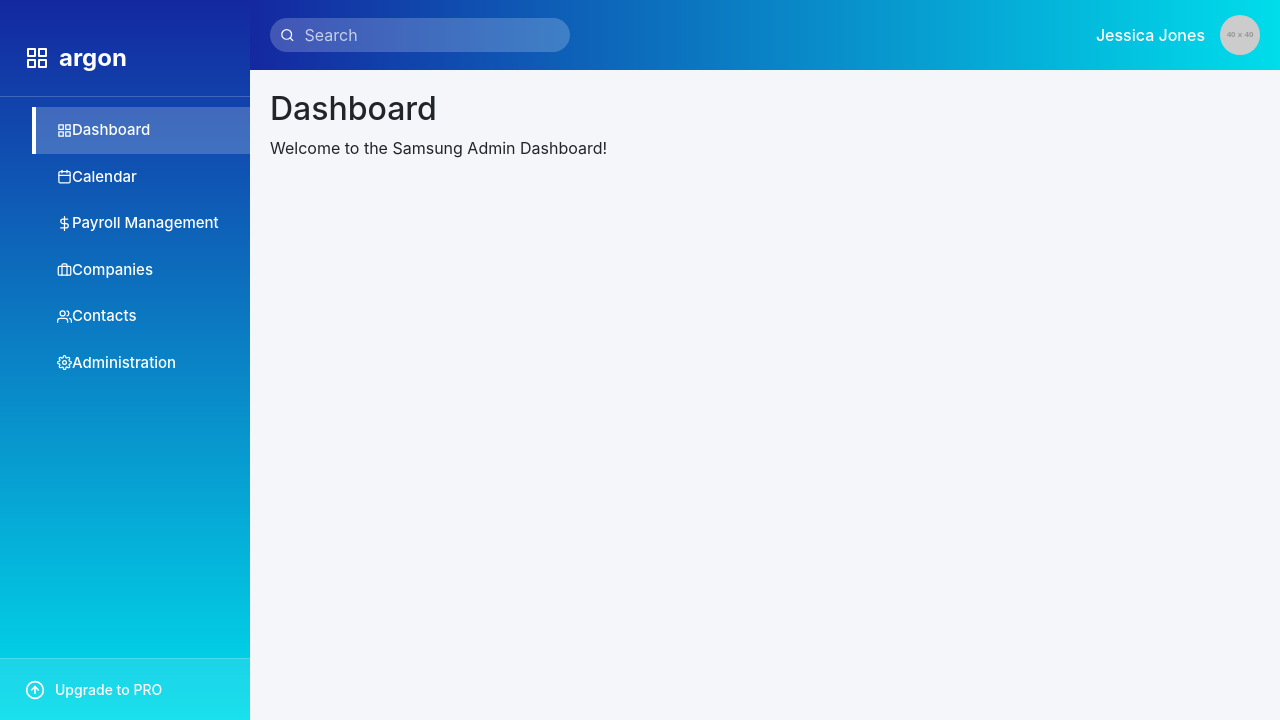
Repository: lenb2109136/HTTTQL
Page: /
An editor plug-in stored every save of this project. The page is shown before and after the next save, followed by the edit.
The browser window is 1280 px wide. The pictures show the whole page.
The project was rebuilt for these pictures with package versions that can differ from the ones it lists, and the page was loaded fresh each time.

Above is the page before, as saved 2025-03-28 12:19:19.

After the next save:
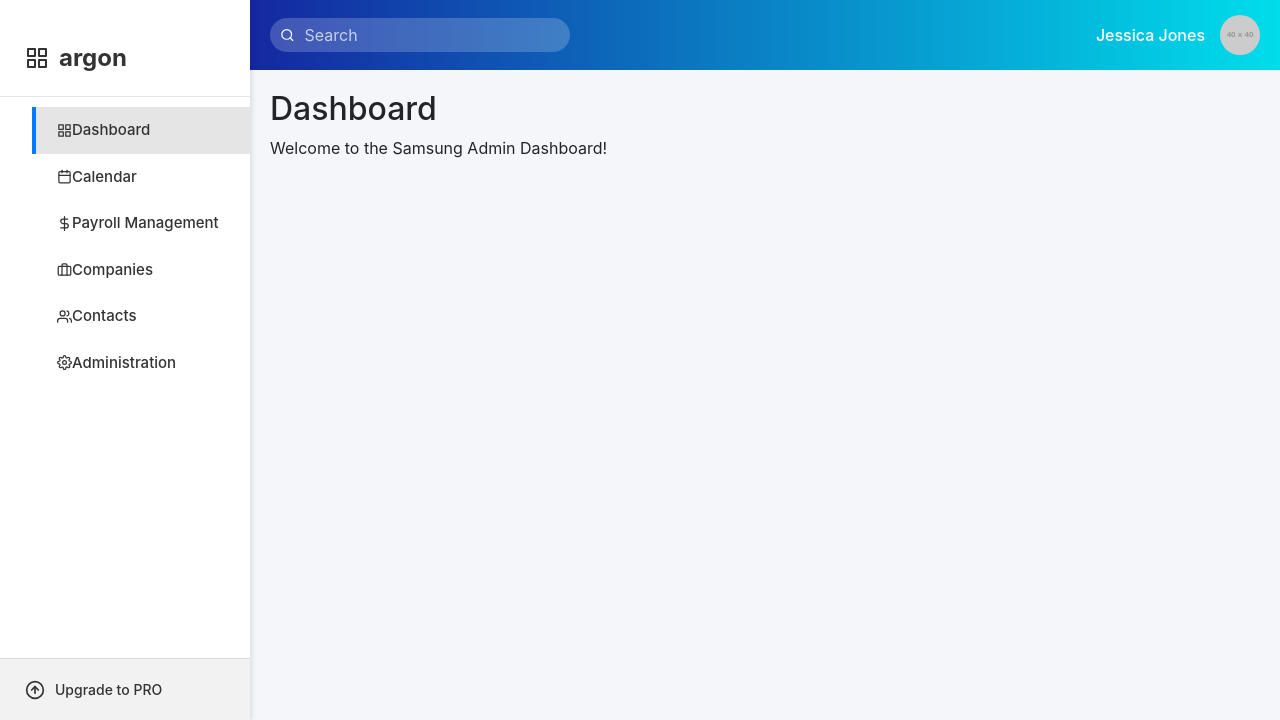
Saved 7 s later.
--- a/src/component/admin/admin-style/SideBar-Admin.css
+++ b/src/component/admin/admin-style/SideBar-Admin.css
@@ -2,12 +2,8 @@
 .sidebar {
   width: 250px;
   height: 100vh;
-  background: linear-gradient(
-    180deg,
-    #1428a0 0%,
-    #00ddeb 100%
-  ); /* Gradient của Samsung */
-  color: white;
+  background: #fff; /* White background */
+  color: #333; /* Dark text color */
   position: fixed;
   top: 0;
   left: 0;
@@ -15,21 +11,23 @@
   display: flex;
   flex-direction: column;
   justify-content: space-between;
+  box-shadow: 2px 0 5px rgba(0, 0, 0, 0.1); /* Subtle shadow for depth */
 }
 
 .sidebar .logo {
   font-size: 24px;
   font-weight: 700;
   padding: 20px 25px;
-  color: #fff;
+  color: #333;
   display: flex;
   align-items: center;
   gap: 10px;
-  border-bottom: 1px solid rgba(255, 255, 255, 0.2);
+  border-bottom: 1px solid rgba(0, 0, 0, 0.1); /* Light border */
 }
 
 .sidebar .logo i {
   font-size: 28px;
+  color: #333;
 }
 
 .sidebar ul {
@@ -44,21 +42,22 @@
   align-items: center;
   cursor: pointer;
   transition: background-color 0.3s ease, padding-left 0.3s ease;
+  position: relative; /* For badge positioning */
 }
 
 .sidebar ul li:hover {
-  background-color: rgba(255, 255, 255, 0.1);
+  background-color: rgba(0, 0, 0, 0.05); /* Light gray hover effect */
   padding-left: 30px;
 }
 
 .sidebar ul li.active {
-  background-color: rgba(255, 255, 255, 0.2);
-  border-left: 4px solid #fff;
+  background-color: rgba(0, 0, 0, 0.1); /* Slightly darker for active state */
+  border-left: 4px solid #007bff; /* Blue accent for active item */
   padding-left: 21px;
 }
 
 .sidebar ul li a {
-  color: #fff;
+  color: #333; /* Black text */
   text-decoration: none;
   display: flex;
   align-items: center;
@@ -69,6 +68,23 @@
 .sidebar ul li a i {
   margin-right: 12px;
   font-size: 18px;
+  color: #333; /* Black icons */
+}
+
+/* Notification Badge */
+.sidebar ul li .badge {
+  position: absolute;
+  right: 25px;
+  background-color: #ff4d4f; /* Red badge */
+  color: #fff;
+  font-size: 12px;
+  font-weight: 600;
+  width: 20px;
+  height: 20px;
+  border-radius: 50%;
+  display: flex;
+  align-items: center;
+  justify-content: center;
 }
 
 /* Upgrade Section */
@@ -77,20 +93,22 @@
   display: flex;
   align-items: center;
   gap: 10px;
-  background-color: rgba(255, 255, 255, 0.1);
-  border-top: 1px solid rgba(255, 255, 255, 0.2);
+  background-color: rgba(0, 0, 0, 0.05); /* Light gray background */
+  border-top: 1px solid rgba(0, 0, 0, 0.1);
   cursor: pointer;
 }
 
 .upgrade-section:hover {
-  background-color: rgba(255, 255, 255, 0.2);
+  background-color: rgba(0, 0, 0, 0.1);
 }
 
 .upgrade-icon {
   font-size: 20px;
+  color: #333;
 }
 
 .upgrade-section span {
   font-size: 14px;
   font-weight: 500;
+  color: #333;
 }
